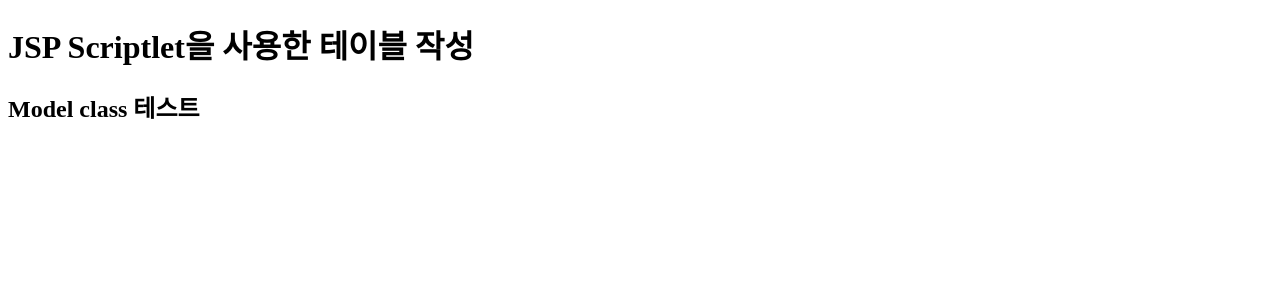
Repository: ljh5973/labweb
Page: http://localhost/JSP02/03_table.jsp
The author's editor kept a copy of each file at every save. The page is drawn from the files as they stood at one save, then again after the next save.
The browser window is 1280 px wide. The pictures show the whole page.
The page is served by Tomcat 9.

Above is the page before, as saved 2022-01-07 05:25:00.

After the next save:
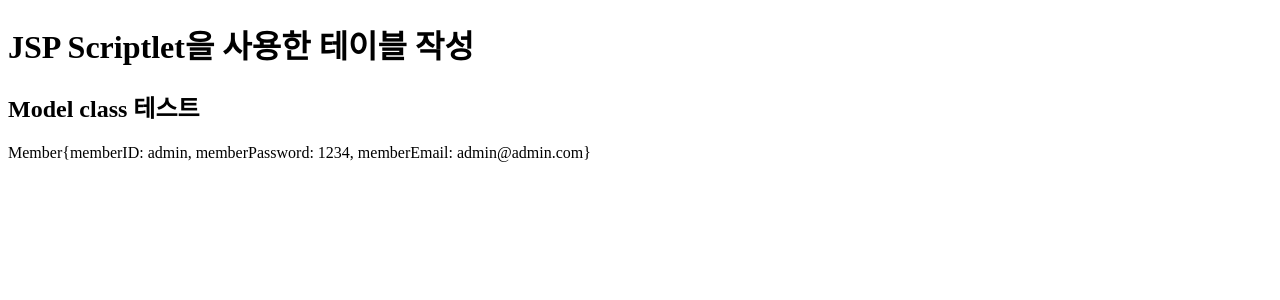
Saved 51 s later.
--- a/JSP02/webapp/03_table.jsp
+++ b/JSP02/webapp/03_table.jsp
@@ -17,5 +17,6 @@
 	Member m=new Member("admin","1234","admin@admin.com");
 
 	%>
+	<div><%= m %></div>
 	</body>
 </html>
